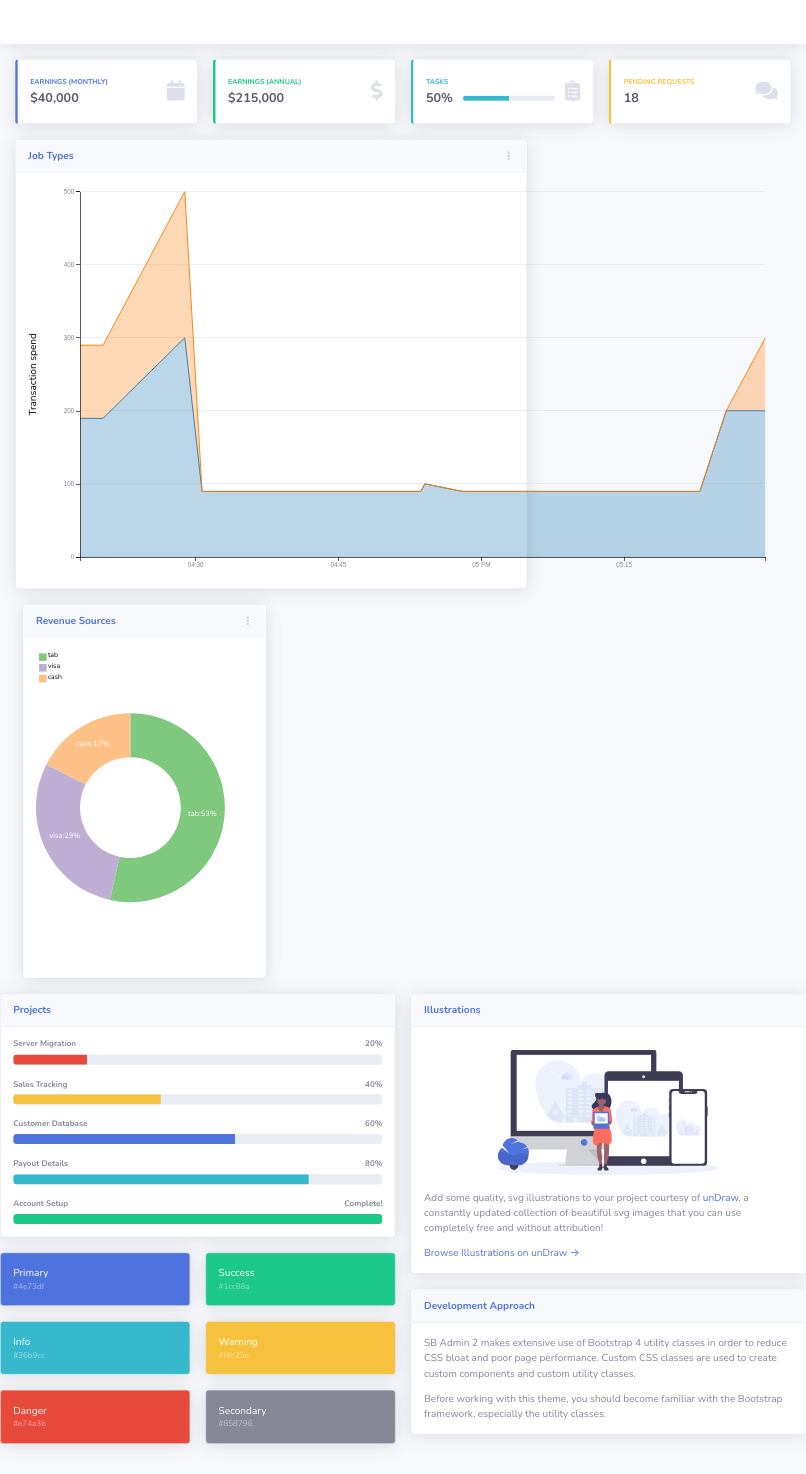
Repository: fLavery/NodeDashboard
Page: index.html
The author's editor kept a record of every edit. The page is drawn from the files as they stood at one moment, then again after the next edit.
The browser window is 1280 px wide. The pictures show the whole page, at 63% of full size.

Above is the page before.
Console error: TypeError: Cannot read properties of null (reading 'length')

After the next edit:
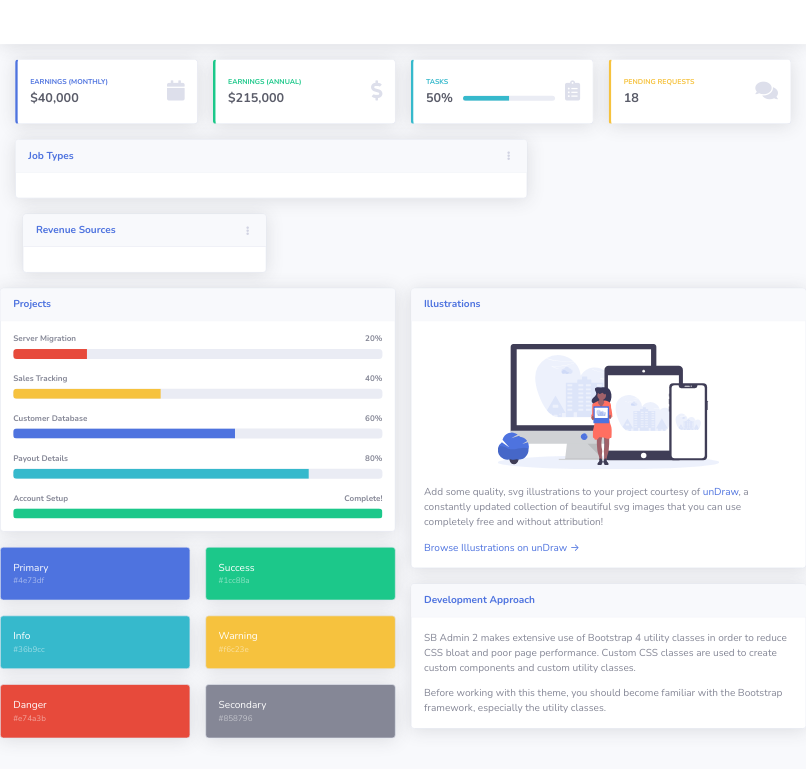
Console error: ReferenceError: width is not defined
The edit:
--- a/index.html
+++ b/index.html
@@ -230,6 +230,7 @@
 var maxDate = dateDimension.top(1)[0].date;
 
 var lineChart = dc.lineChart("#chart")
+    width($('#chartCumulativeDVH').innerWidth())
     .width(window.innerWidth-20)
     .height(window.innerHeight-20)
     .elasticX(true)
